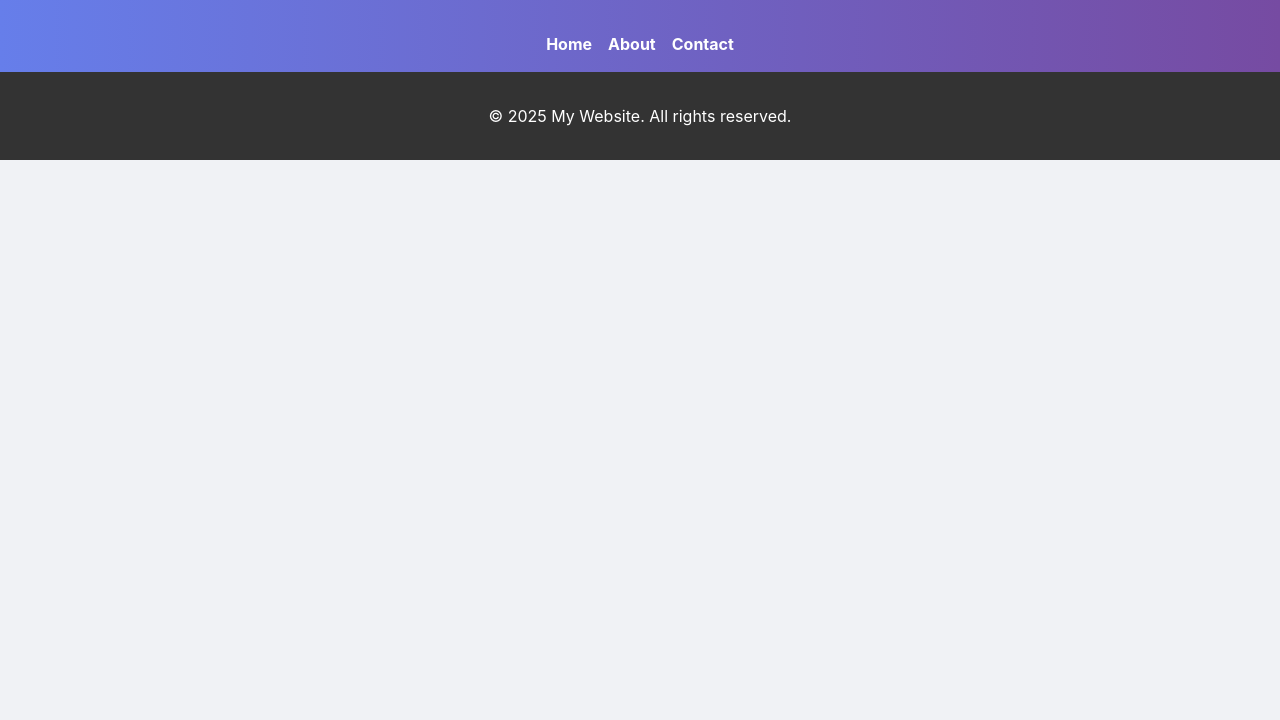
Repository: PhilLeGoff/first-react-page
Page: /
An editor plug-in stored every save of this project. The page is shown before and after the next save, followed by the edit.
The browser window is 1280 px wide. The pictures show the whole page.
The project was rebuilt for these pictures with package versions that can differ from the ones it lists, and the page was loaded fresh each time. Also part of the build but not shown: vite.config.ts.

Above is the page before, as saved 2025-02-17 15:27:20.

After the next save:
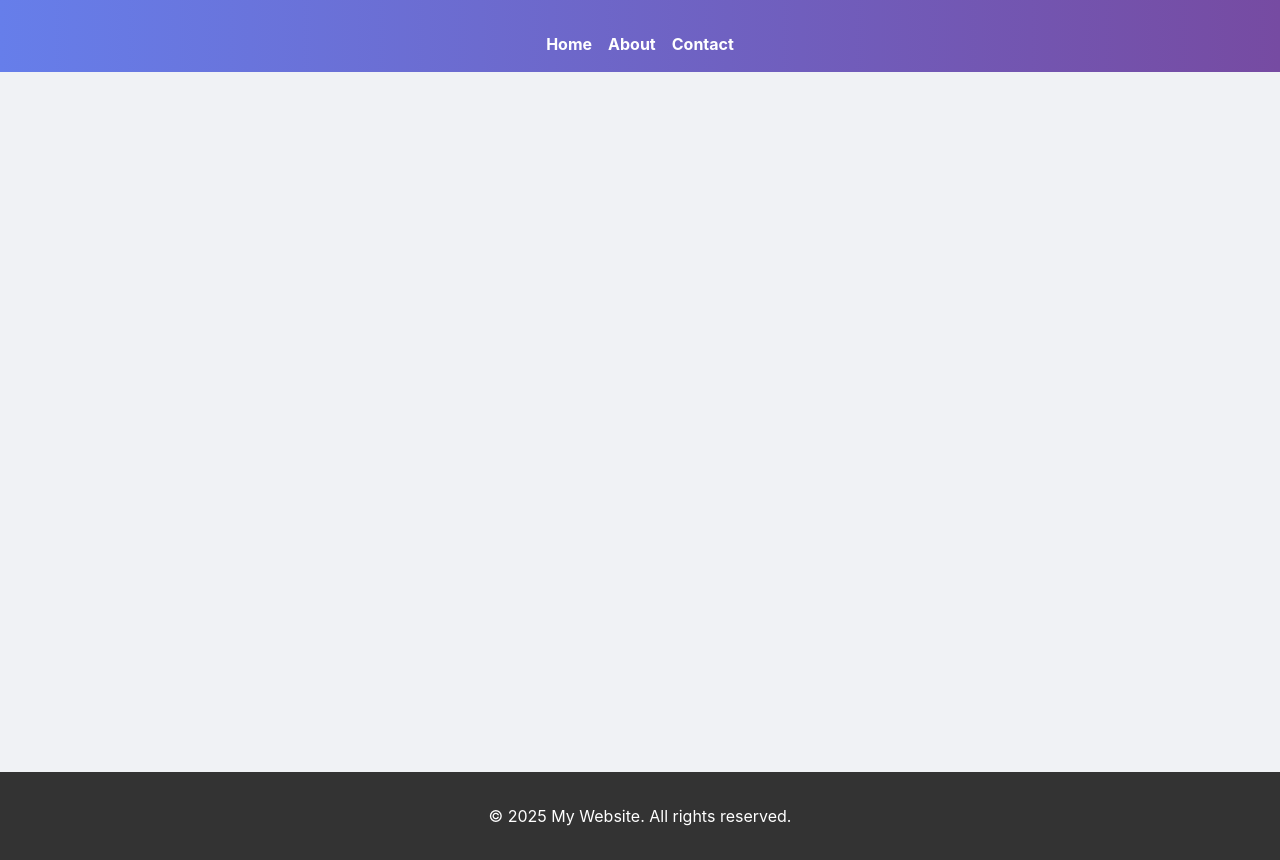
Saved 17 s later.
--- a/src/components/Hero.tsx
+++ b/src/components/Hero.tsx
@@ -1,6 +1,6 @@
 
 type Props = {}
-import styles from "./Hero.css"
+import "./Hero.css"
 
 export default function Hero({}: Props) {
   return (
